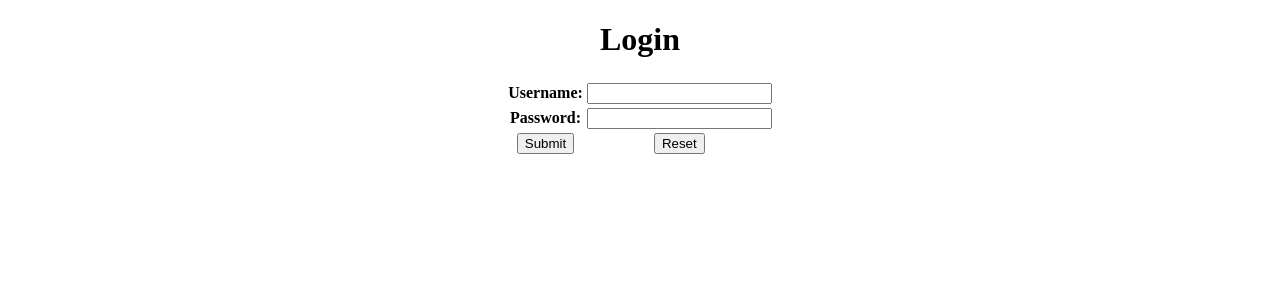
Repository: Sourabhmag/week-5
Page: http://localhost/LoginApp/login.jsp
An editor plug-in stored every save of this project. The page is shown before and after the next save, followed by the edit.
The browser window is 1280 px wide. The pictures show the whole page.
The page is served by Tomcat 9.

Above is the page before, as saved 2019-11-07 11:14:32.

After the next save:
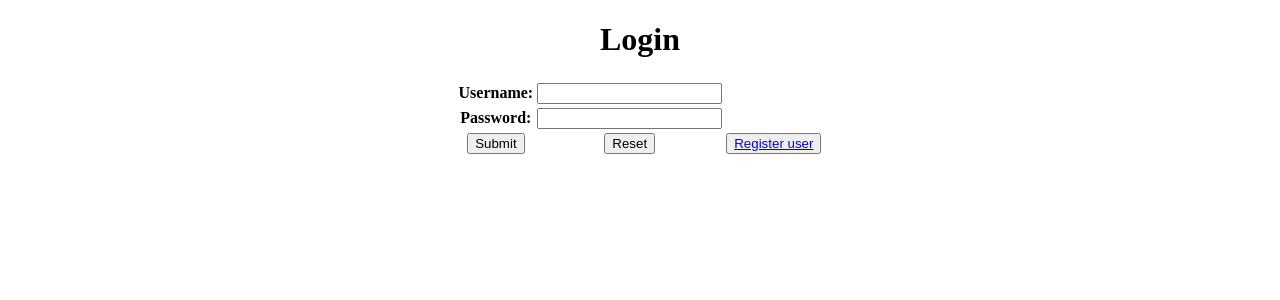
Saved 115 s later.
--- a/LoginApp/WebContent/login.jsp
+++ b/LoginApp/WebContent/login.jsp
@@ -16,7 +16,8 @@
 			<tr><th >Username:</th> <th ><input type="text" name="username"></th></tr>
 			<tr><th >Password:</th> <th ><input type="password" name="password"></th></tr>
 			<tr><th ><input type="submit" name="submit"></th>
-			<th ><input type=reset name="Clear"></th></tr>
+			<th ><input type=reset name="Clear"></th>
+			<th><button><a href="register.jsp"> Register user </a></button></th></tr>
 		</table>
 	</form>
 </body>
